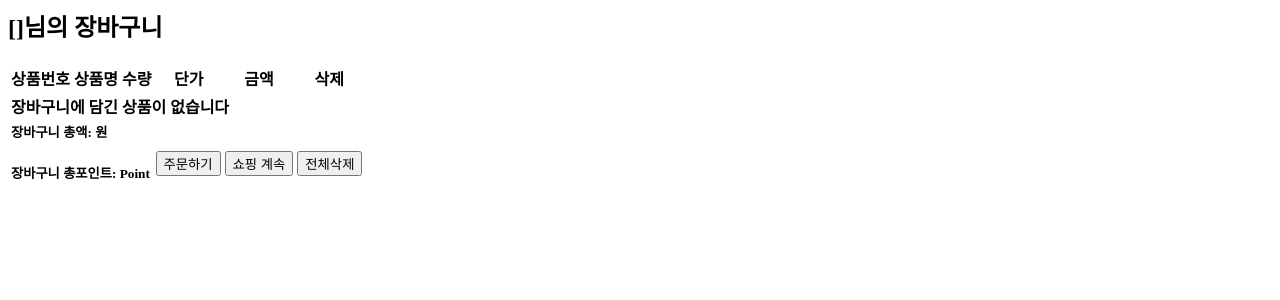
Repository: Jayking0215/myjava
Page: http://localhost/SpringWeb/WEB-INF/views/shop/cartList.jsp
The author's editor kept a copy of each file at every save. The page is drawn from the files as they stood at one save, then again after the next save.
The browser window is 1280 px wide. The pictures show the whole page.
The page is served by Tomcat 9. Nobody is signed in. The template is opened directly, without the code that normally fills it, so the values that code supplies are empty.

Above is the page before, as saved 2023-05-11 01:06:48.

After the next save:
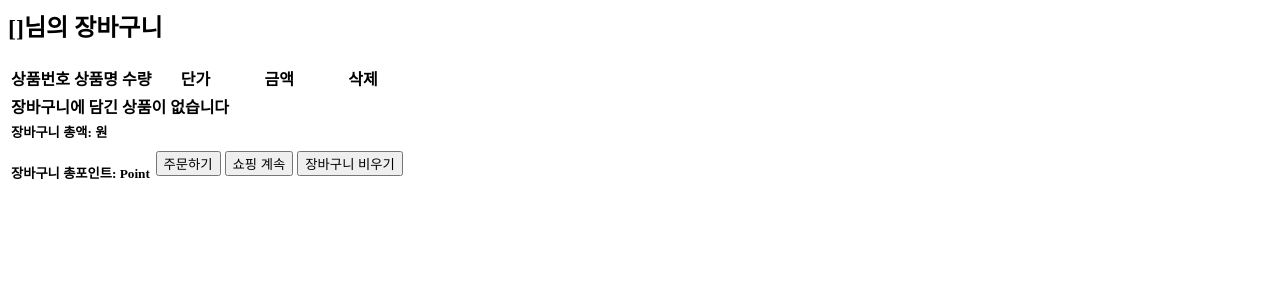
Saved 2 min 15 s later.
--- a/SpringWorkspace/SpringWeb/src/main/webapp/WEB-INF/views/shop/cartList.jsp
+++ b/SpringWorkspace/SpringWeb/src/main/webapp/WEB-INF/views/shop/cartList.jsp
@@ -88,7 +88,7 @@
 						<td colspan="3">
 							<button type="button" class="btn btn-outline-info" onclick="goOrder()">주문하기</button>
 							<button type="button" class="btn btn-outline-danger" onclick="location.href='../index'">쇼핑 계속</button>
-							<button type="button" class="btn btn-outline-success" onclick="">전체삭제</button>
+							<button type="button" class="btn btn-outline-success" onclick="location.href='delCartAll'">장바구니 비우기</button>
 						</td>
 					</tr>
 				</tbody>
